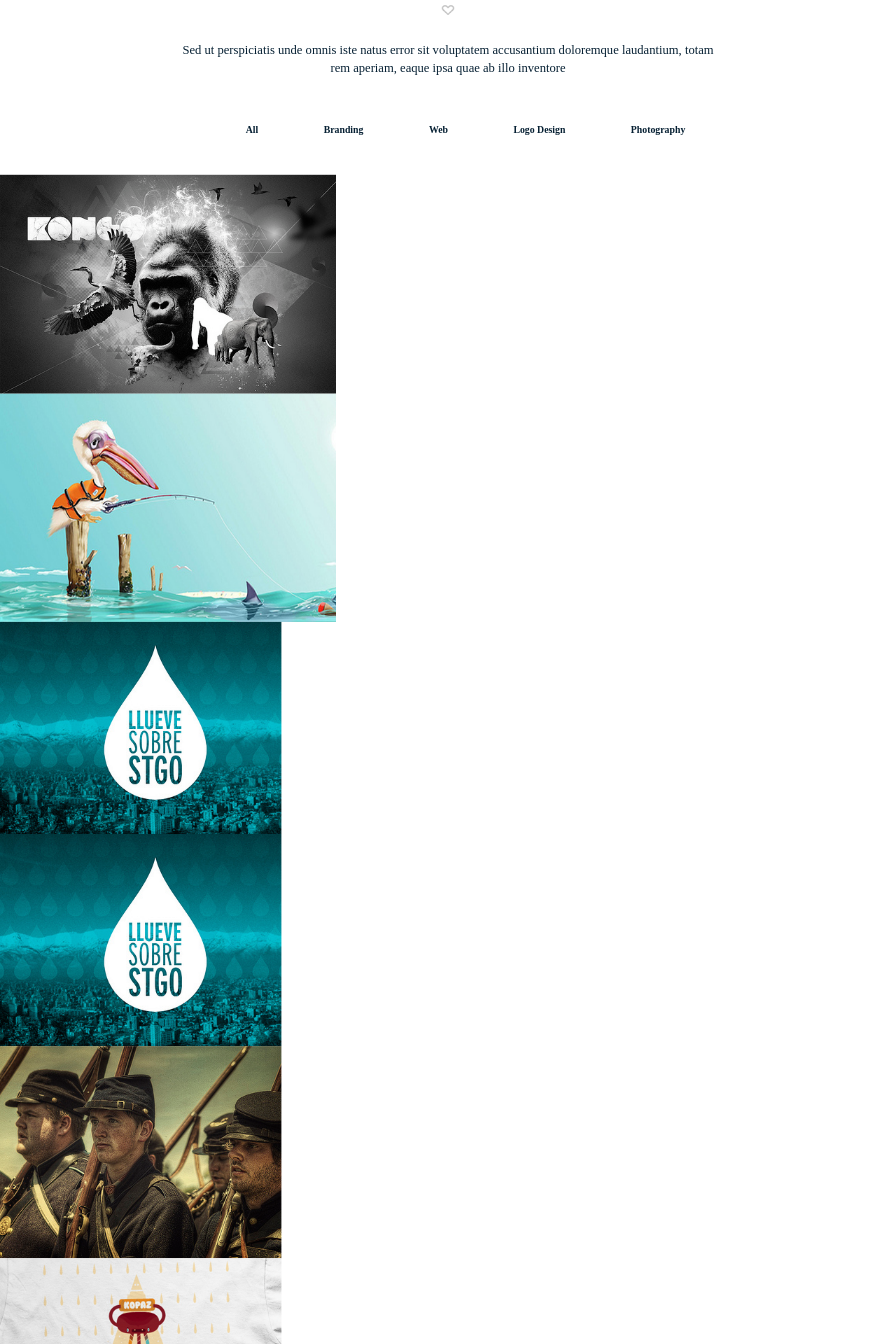
Repository: iravakilova/Brandi
Page: app/index.html
The author's editor kept a copy of each file at every save. The page is drawn from the files as they stood at one save, then again after the next save.
The browser window is 1280 px wide. The pictures show the part of the page from y = 1378 to 3298 px (the page is 4142 px tall before and 4028 px after), at 70% of full size.

Above is the page before, as saved 2020-02-15 16:35:36.

After the next save:
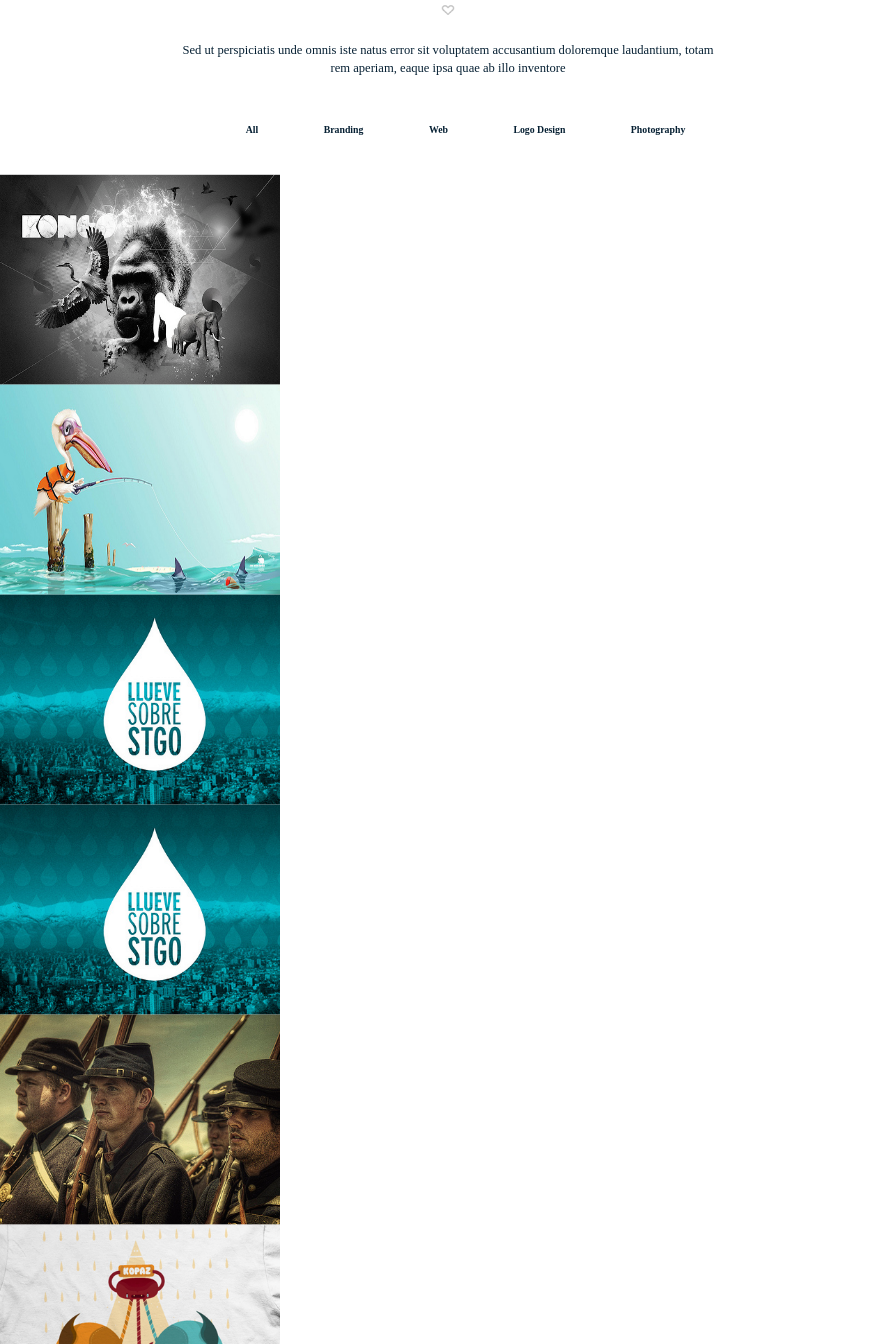
Saved 42 s later.
--- a/app/style.css
+++ b/app/style.css
@@ -168,3 +168,7 @@
     float: left;
     margin: 0px;
 }
+.galery__box img{
+    width: 400px;
+    height: 300px;
+}
